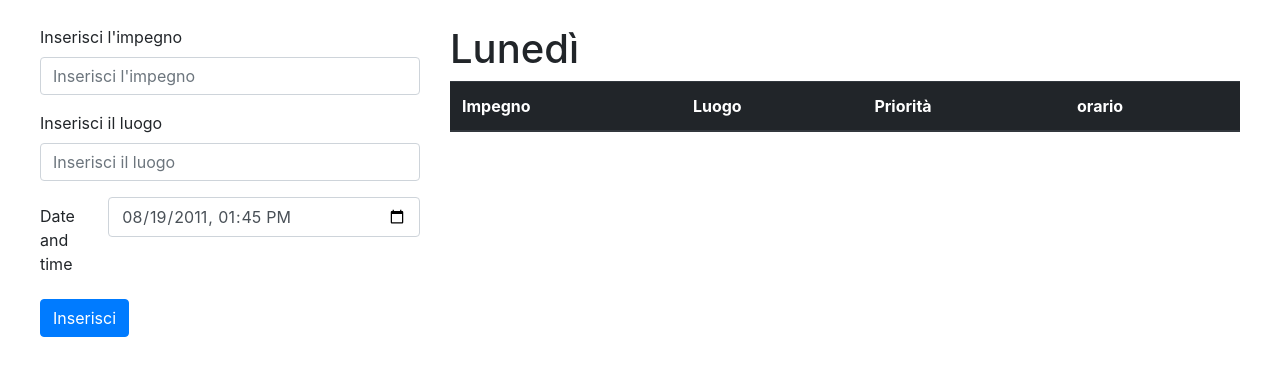
Repository: robertobellardi/eclipse
Page: Agenda/WebContent/index.html
These files come from the project's save history. The page is drawn as it stood at one moment and after the next save; the edit follows.
The browser window is 1280 px wide. The pictures show the whole page.
Some web libraries are served in a nearby version.

Above is the page before, as saved 2020-01-24 10:41:08.

### Agenda/WebContent/index.html
<!DOCTYPE html>
<html>
<head>
<meta charset="utf-8">
<link rel="stylesheet" href="https://maxcdn.bootstrapcdn.com/bootstrap/4.0.0/css/bootstrap.min.css" integrity="sha384-Gn5384xqQ1aoWXA+058RXPxPg6fy4IWvTNh0E263XmFcJlSAwiGgFAW/dAiS6JXm" crossorigin="anonymous">
<script src="assets/JQuery.js"></script>
<script src="https://cdnjs.cloudflare.com/ajax/libs/popper.js/1.12.9/umd/popper.min.js" integrity="sha384-ApNbgh9B+Y1QKtv3Rn7W3mgPxhU9K/ScQsAP7hUibX39j7fakFPskvXusvfa0b4Q" crossorigin="anonymous"></script>
<script src="https://maxcdn.bootstrapcdn.com/bootstrap/4.0.0/js/bootstrap.min.js" integrity="sha384-JZR6Spejh4U02d8jOt6vLEHfe/JQGiRRSQQxSfFWpi1MquVdAyjUar5+76PVCmYl" crossorigin="anonymous"></script>

<script src="assets/javascript.js" type="text/javascript"></script>
<link rel="stylesheet" href="assets/custom.css">

<title>Agenda</title>
</head>
<body>

	<div class="row inputAgenda">
		<div class="col-4">
		  	<form>
			  <div class="form-group">
			    <label for="impegno">Inserisci l'impegno</label>
			    <input type="text" class="form-control" id="impegno" placeholder="Inserisci l'impegno">
			  </div>

			  <div class="form-group">
			    <label for="luogo">Inserisci il luogo</label>
			    <input type="text" class="form-control" id="luogo" placeholder="Inserisci il luogo">
			  </div>

			  <div class="form-group row">
				  <label for="example-datetime-local-input" class="col-2 col-form-label">Date and time</label>
				  <div class="col-10">
				    <input class="form-control" type="datetime-local" value="2011-08-19T13:45:00" id="example-datetime-local-input">
				  </div>
				</div>
			  <button id="inserisci" type="button" class="btn btn-primary">Inserisci</button>
			</form>
		</div>

		<div class="col-8">
		<h1>Lunedì</h1>
			<table class="table table-striped table-dark">
		  		<thead>
			    	<tr>
				      <th scope="col">Impegno</th>
				      <th scope="col">Luogo</th>
				      <th scope="col">Priorità</th>
				      <th scope="col">orario</th>
			    	</tr>
		  		</thead>
		  		<tbody id="tablebody">

		  		</tbody>
			</table>
		</div>
	</div>

</body>
</html>

### Agenda/WebContent/assets/custom.css
.inputAgenda{
	margin: 25px;
}

Loaded but not shown: Agenda/WebContent/assets/JQuery.js (library); Agenda/WebContent/assets/javascript.js (no copy from this time; the picture is the same without it)

After the next save:
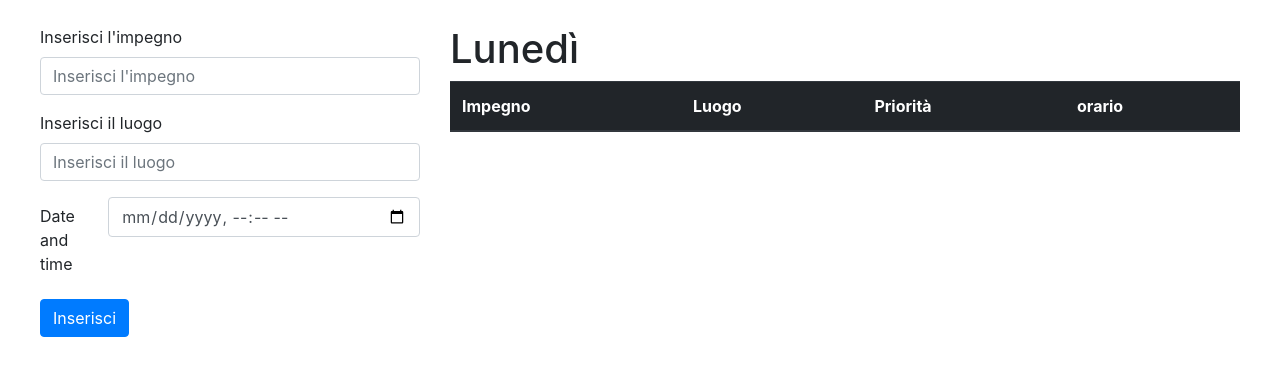
Saved 102 s later.
--- a/Agenda/WebContent/index.html
+++ b/Agenda/WebContent/index.html
@@ -30,7 +30,7 @@
 			  <div class="form-group row">
 				  <label for="example-datetime-local-input" class="col-2 col-form-label">Date and time</label>
 				  <div class="col-10">
-				    <input class="form-control" type="datetime-local" value="2011-08-19T13:45:00" id="example-datetime-local-input">
+				    <input class="form-control" type="datetime-local" id="orario">
 				  </div>
 				</div>
 			  <button id="inserisci" type="button" class="btn btn-primary">Inserisci</button>
